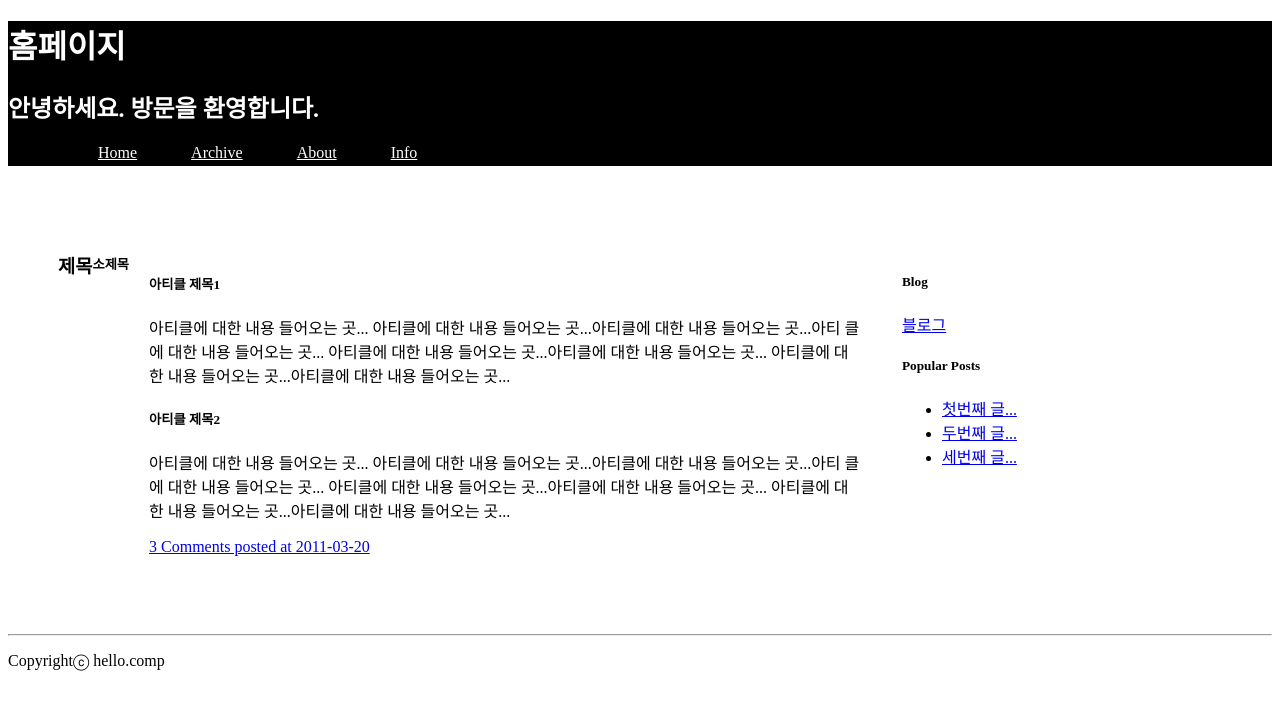
Repository: harin1212/PDA-frontend
Page: 김하린_0728_2/hw2.html
The author's editor kept a copy of each file at every save. The page is drawn from the files as they stood at one save, then again after the next save.
The browser window is 1280 px wide. The pictures show the whole page.

Above is the page before, as saved 2023-07-28 17:22:27.

After the next save:
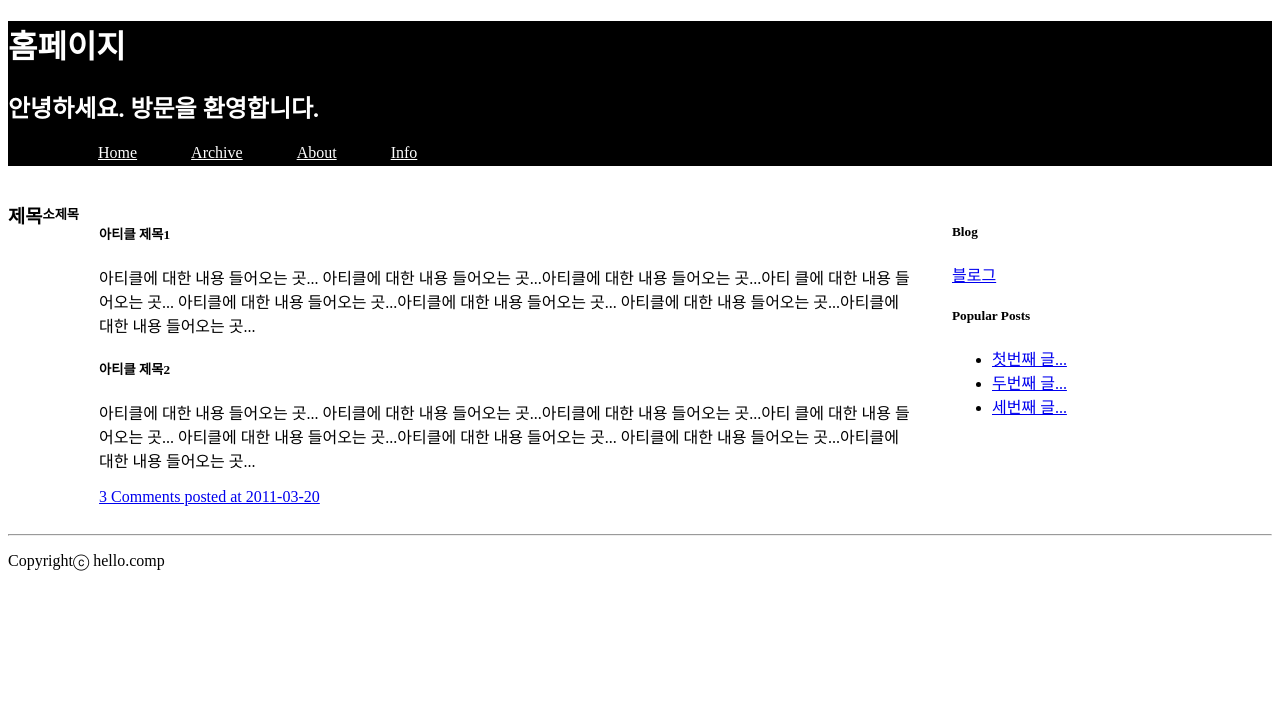
Saved 57 s later.
--- a/김하린_0728_2/hw2.html
+++ b/김하린_0728_2/hw2.html
@@ -27,7 +27,7 @@
         </nav>
     </header>
 
-    <div class="container">
+    <section class="container">
         <h3>제목</h3>
         <h5>소제목</h5>
         <article>
@@ -68,7 +68,7 @@
             </section>
 
         </aside>
-    </div>
+    </section>
     <hr>
     <footer>
         <p>Copyrightⓒ hello.comp</p>
